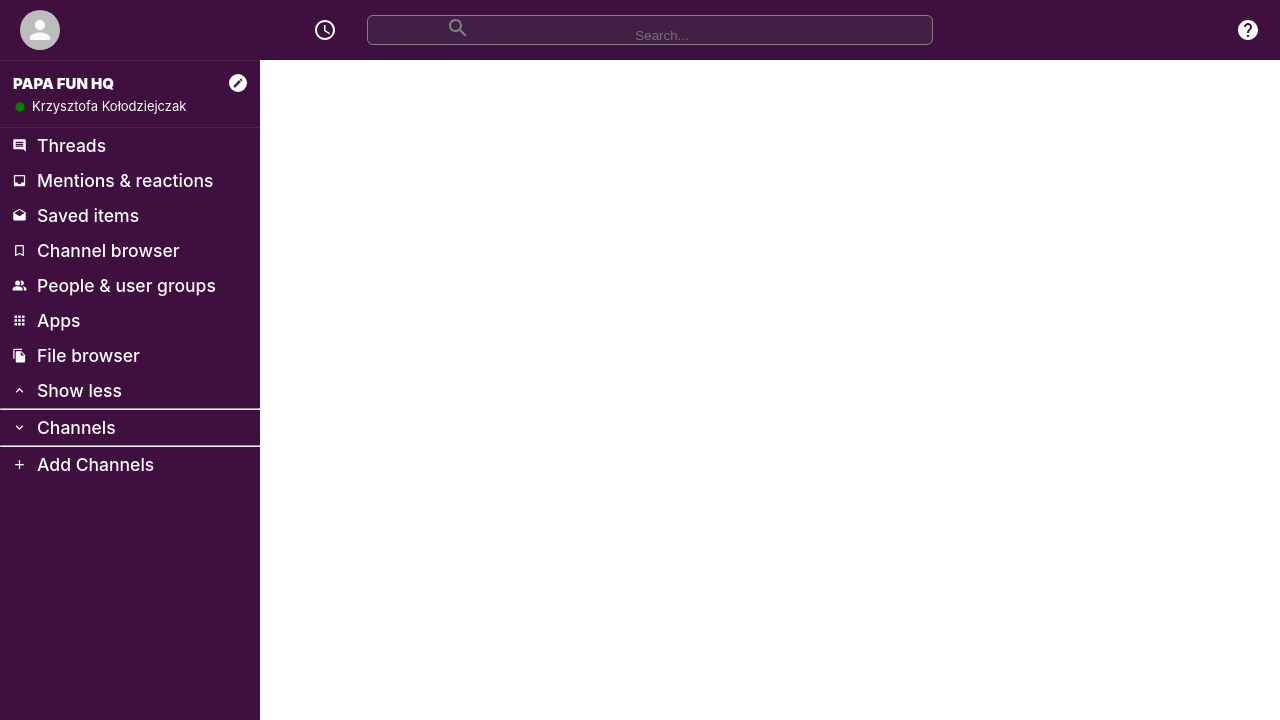
Repository: KrzysKolo/slackClone
Page: /
These files come from the project's save history. The page is drawn as it stood at one moment and after the next save; the edit follows.
The browser window is 1280 px wide. The pictures show the whole page.
The project was rebuilt for these pictures with package versions that can differ from the ones it lists, and the page was loaded fresh each time. Also part of the build but not shown: src/App.css, src/pages/About/About.js.

Above is the page before, as saved 2021-12-27 16:24:33.

### src/index.css
* {
  margin: 0;
  padding: 0;
  box-sizing: border-box;
}
body {
  --slack-color: #3f0f40;
  overflow: hidden;

  margin: 0;
  font-family: -apple-system, BlinkMacSystemFont, 'Segoe UI', 'Roboto', 'Oxygen',
    'Ubuntu', 'Cantarell', 'Fira Sans', 'Droid Sans', 'Helvetica Neue',
    sans-serif;
  -webkit-font-smoothing: antialiased;
  -moz-osx-font-smoothing: grayscale;
}

code {
  font-family: source-code-pro, Menlo, Monaco, Consolas, 'Courier New',
    monospace;
}

### src/App.js
import './App.css';
import {BrowserRouter as Router, Routes, Route, Link } from 'react-router-dom';
import { AppBody } from './style';
import { About } from './pages'
import { Header, Sidebar } from './components';

function App() {
  return (
    <Router>
      <>
        <Header />
        <AppBody>
          <Sidebar />
          <Routes>
            <Route path='/' exact  />
          </Routes>
        </AppBody>
      </>
    </Router>
  );
}

export default App;

### src/style.js
import styled from 'styled-components';

export const AppBody = styled.div`
  display: flex;
  height: 100vh;
`;

### src/components/index.js
export { default as Header } from './Header';
export { default as Sidebar } from './Sidebar';
export { default as SidebarOption } from './SidebarOption';

### src/components/SidebarOption/index.js
export { default } from './SidebarOption';

### src/components/Header/Header.js
import React from 'react';
import { HeaderContainer, HeaderLeft, HeaderAvatar, HeaderSearch, HeaderRight } from './style';
import AccessTimeIcon from '@material-ui/icons/AccessTime';
import SearchIcon from '@material-ui/icons/Search';
import HelpIcon from '@material-ui/icons/Help';


const Header = () => {
  return (
    <HeaderContainer>
      {/*  Header Left */}
      <HeaderLeft>
        <HeaderAvatar

         />
         <AccessTimeIcon />
      </HeaderLeft>
      {/*  Header Search */}
      <HeaderSearch>
        <SearchIcon />
        <input placeholder='Search...' />
      </HeaderSearch>
      {/*  Header Right */}
      <HeaderRight>
        <HelpIcon />
      </HeaderRight>
    </HeaderContainer>
  )
}

export default Header;

### src/components/Sidebar/Sidebar.js
import React from 'react';
import { SidebarContainer, SidebarHead, SidebarInfo } from './style';
import { SidebarOption } from './../';
import FiberManualRecordIcon from '@material-ui/icons/FiberManualRecord';
import CreateIcon from '@material-ui/icons/Create';
import InsertCommentIcon from '@material-ui/icons/InsertComment';
import InboxIcon from '@material-ui/icons/Inbox';
import DraftsIcon from '@material-ui/icons/Drafts';
import BookmarkBorderIcon from '@material-ui/icons/BookmarkBorder';
import PeopleAltIcon from '@material-ui/icons/PeopleAlt';
import AppsIcon from '@material-ui/icons/Apps';
import FileCopyIcon from '@material-ui/icons/FileCopy';
import ExpandLessIcon from '@material-ui/icons/ExpandLess';
import ExpandMoreIcon from '@material-ui/icons/ExpandMore';
import AddIcon from '@material-ui/icons/Add';




const Sidebar = () => {
  return (
    <SidebarContainer>
      <SidebarHead>
        <SidebarInfo>
          <h2>PAPA FUN HQ</h2>
          <h3>
            <FiberManualRecordIcon  />
            Krzysztofa Kołodziejczak
          </h3>
        </SidebarInfo>
        <CreateIcon />
      </SidebarHead>
      <SidebarOption Icon={InsertCommentIcon} title="Threads" />
      <SidebarOption Icon={InboxIcon} title="Mentions & reactions" />
      <SidebarOption Icon={DraftsIcon} title="Saved items" />
      <SidebarOption Icon={BookmarkBorderIcon} title="Channel browser" />
      <SidebarOption Icon={PeopleAltIcon} title="People & user groups" />
      <SidebarOption Icon={AppsIcon} title="Apps" />
      <SidebarOption Icon={FileCopyIcon} title="File browser" />
      <SidebarOption Icon={ExpandLessIcon} title="Show less" />
      <hr />
      <SidebarOption Icon={ExpandMoreIcon} title="Channels" />
      <hr />
      <SidebarOption Icon={AddIcon} addChannelOption title="Add Channels" />

    </SidebarContainer>
  )
}

export default Sidebar;

### src/components/SidebarOption/SidebarOption.js
import React from 'react';
import {SidebarOptionContainer, SidebarOptionChanel} from './style';

const SidebarOption = ({ Icon, title, addChannelOption }) => {
  return (
    <SidebarOptionContainer>
      { Icon && <Icon style={{ fontSize: 15, margin: 10}}/> }
      {Icon ?
      (
        <h3>{title}</h3>
      )
      : (
        <SidebarOptionChanel>
          <span>#</span> {title}
        </SidebarOptionChanel>
      )}
    </SidebarOptionContainer>
  )
}

export default SidebarOption;

### src/components/Header/style.js
import styled from 'styled-components';
import { Avatar } from '@material-ui/core';

export const HeaderContainer = styled.header`
  display: flex;
  position: fixed;
  width: 100%;
  align-items: center;
  justify-content: space-between;
  padding: 10px 0;
  background-color: var(--slack-color);
  color: white;
`;
export const HeaderLeft = styled.div`
  flex: 0.3;
  display: flex;
  align-items: center;
  margin-left: 20px;
  > .MuiSvgIcon-root {
    margin-left: auto;
    margin-right: 30px;
  }
`;

export const HeaderAvatar = styled(Avatar)`
  cursor: pointer;

  :hover {
    opacity: 0.8;
  }
`;

export const HeaderSearch = styled.div`
  flex: 0.4;
  opacity: 1;
  border-radius: 6px;
  background-color: #421f44;
  text-align: center;
  padding: 0 50px;
  color: gray;
  border: 1px gray solid;
  > input {
    background-color: transparent;
    border: none;
    text-align: center;
    min-width: 30vw;
    outline: 0;
    color: white;
  }
`;
export const HeaderRight = styled.div`
  flex: 0.3;
  display: flex;
  align-items: flex-end;
  > .MuiSvgIcon-root {
    margin-left: auto;
    margin-right: 20px;
  }
`;

### src/components/Sidebar/style.js
import styled from 'styled-components';

export const SidebarContainer = styled.div`
  color: white;
  background-color: var(--slack-color);
  flex: 0.3;
  border-top: 1px solid #49274b;
  max-width: 260px;
  margin-top: 60px;
`;

export const SidebarHead = styled.div`
  display: flex;
  border-bottom: 1px solid #49274b;
  padding: 13px;
  > .MuiSvgIcon-root {
    padding: 3px;
    color: #49274b;
    font-size: 18px;
    background: #fff;
    border-radius: 50%;
  }
`;

export const SidebarInfo = styled.div`
  flex: 1;
  > h2 {
  font-size: 15px;
  font-weight: 900;
  margin-bottom: 5px;
  }
  > h3 {
    display: flex;
    font-size: 13px;
    font-weight: 400;
    align-items: center;
  }
  > h3 > .MuiSvgIcon-root {
      font-size: 14px;
      margin-right: 5px;
      margin-top: 1px;
      color: green;
    }
`;

### src/components/SidebarOption/style.js
import styled from 'styled-components';

export const SidebarOptionContainer = styled.div`
  display: flex;
  font-size: 15px;
  align-items: center;
  padding-left: 2px;
  cursor: pointer;
  :hover {
    opacity: 0.9;
    background-color: #340e36;
  }
  > h3 {
    font-weight: 500;
  }
  > h3 > span {
    padding: 15px;
  }
`;
export const SidebarOptionChanel = styled.div``;

Loaded but not shown: public/index.html (common file); src/index.js (common file); src/pages/index.js (common file); src/pages/About/index.js (common file); src/components/Header/index.js (common file); src/components/Sidebar/index.js (common file)

After the next save:
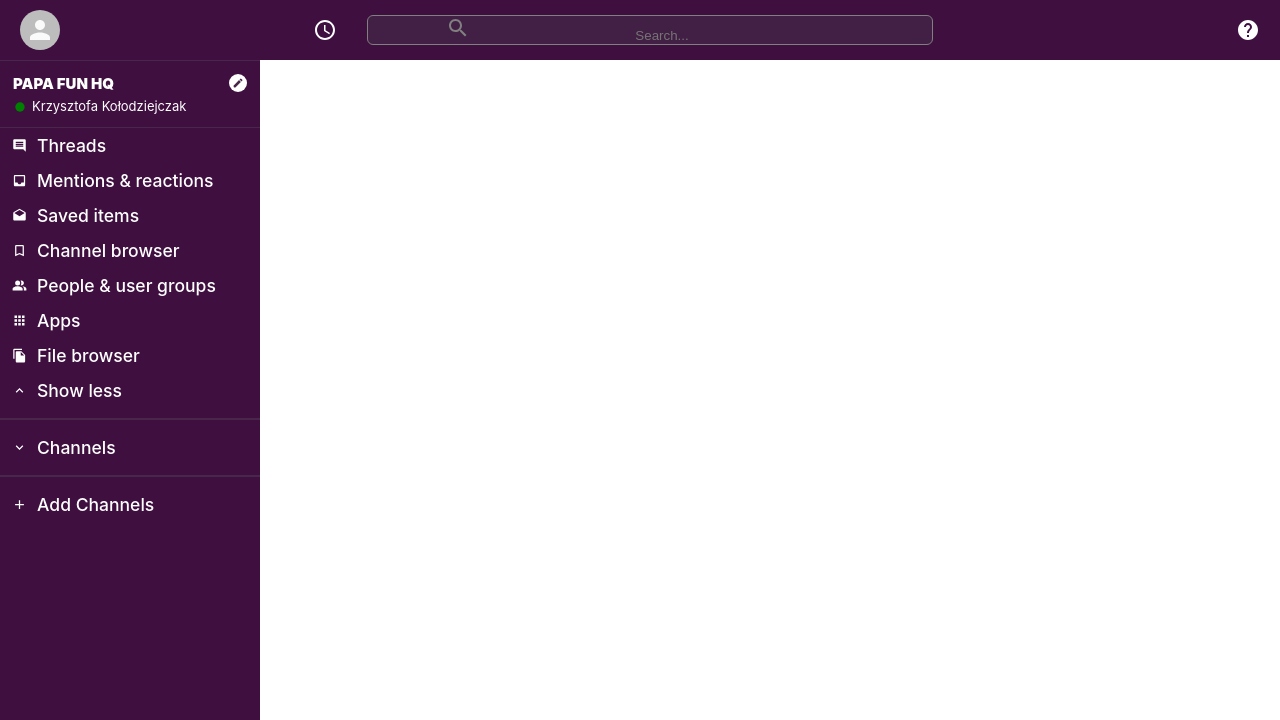
Saved 2 min 12 s later.
--- a/src/components/Sidebar/style.js
+++ b/src/components/Sidebar/style.js
@@ -7,6 +7,11 @@ export const SidebarContainer = styled.div`
   border-top: 1px solid #49274b;
   max-width: 260px;
   margin-top: 60px;
+  > hr {
+    margin-top: 10px;
+    margin-bottom: 10px;
+    border: 1px solid #49274b;
+  }
 `;
 
 export const SidebarHead = styled.div`
